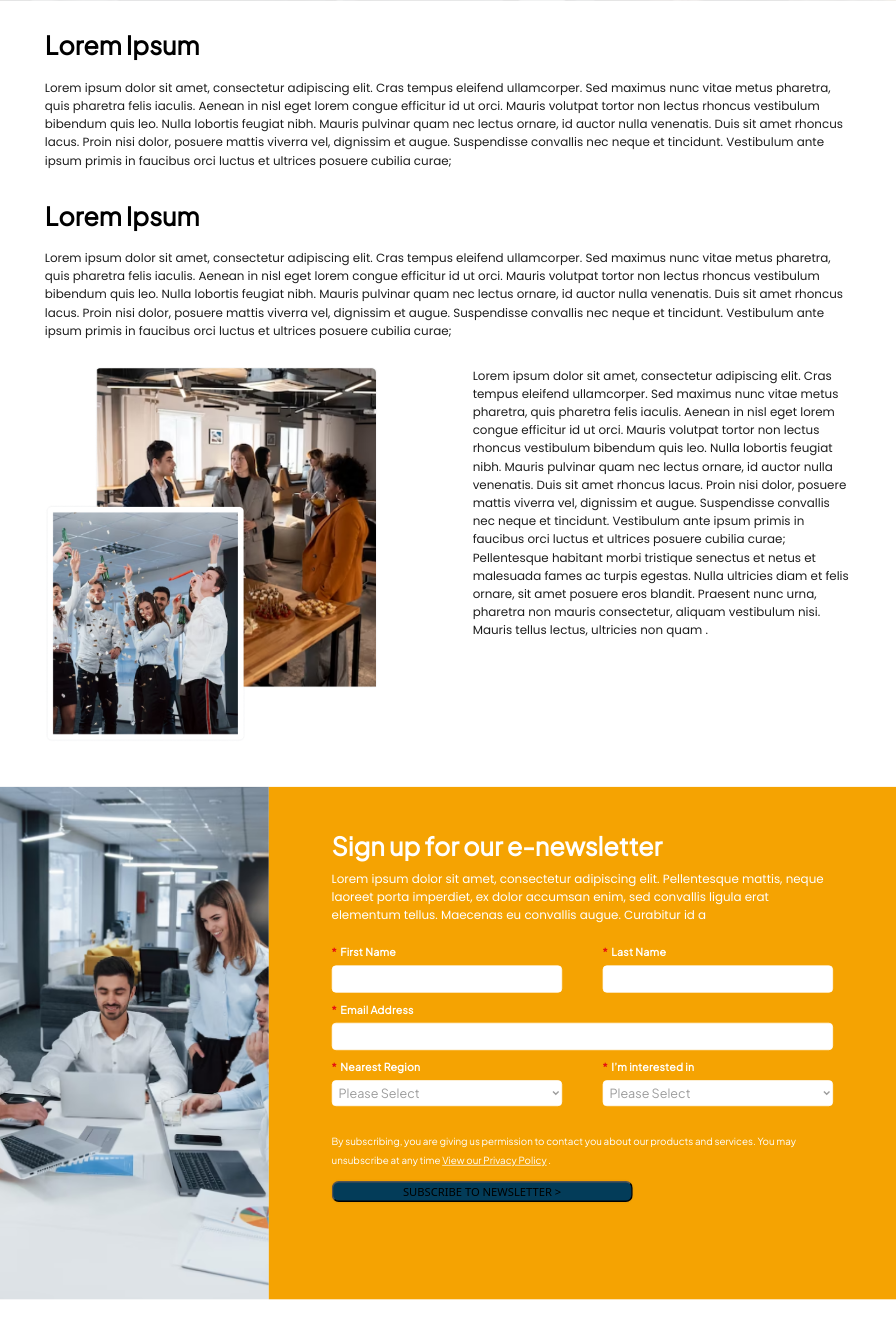
Repository: Akash8377/Hospitality-website
Page: /about-us
The author's editor kept a copy of each file at every save. The page is drawn from the files as they stood at one save, then again after the next save.
The browser window is 1280 px wide. The pictures show the part of the page from y = 683 to 2603 px (the page is 2603 px tall), at 70% of full size.
Some web libraries are served in a nearby version. The project was rebuilt for these pictures with package versions that can differ from the ones it lists, and the page was loaded fresh each time. Also part of the build but not shown: src/Component/Partial/heading-cont.js, src/Component/Shared/about-us.js, src/Component/Shared/Banner.js, src/Component/Shared/popular-jobs.js, src/Component/Sliders/ServiceSlider.js, src/Component/Sliders/ReviewSlider.js, src/Component/Partial/index-banner.js, src/Component/Partial/index-buisness-banner.js and 2 more.

Above is the page before, as saved 2023-07-07 12:18:45.

### public/index.html
<!-- @format -->

<!DOCTYPE html>
<html lang="en">
  <head>
    <meta charset="utf-8" />
    <link rel="icon" href="%PUBLIC_URL%/favicon.ico" />
    <meta name="viewport" content="width=device-width, initial-scale=1" />
    <meta name="theme-color" content="#000000" />
    <meta
      name="description"
      content="Web site created using create-react-app"
    />
    <link rel="apple-touch-icon" href="%PUBLIC_URL%/logo192.png" />
    <link rel="manifest" href="%PUBLIC_URL%/manifest.json" />

    <link rel="preconnect" href="https://fonts.googleapis.com" />
    <link rel="preconnect" href="https://fonts.gstatic.com" crossorigin />
    <link href="https://fonts.googleapis.com/css2?family=Plus+Jakarta+Sans&family=Poppins&display=swap" rel="stylesheet">
    <title>React App</title>
  </head>
  <body>
    <noscript>You need to enable JavaScript to run this app.</noscript>
    <div id="root"></div>
  </body>
  <script src="https://kit.fontawesome.com/b533b351e4.js" crossorigin="anonymous"></script>
</html>

### src/index.css
/** @format */

body {
  margin: 0;
  padding: 0;
  font-family: -apple-system, BlinkMacSystemFont, "Segoe UI", "Roboto", "Oxygen",
    "Ubuntu", "Cantarell", "Fira Sans", "Droid Sans", "Helvetica Neue",
    sans-serif;
  -webkit-font-smoothing: antialiased;
  -moz-osx-font-smoothing: grayscale;
}

code {
  font-family: source-code-pro, Menlo, Monaco, Consolas, "Courier New",
    monospace;
}

### src/App.js
import React from 'react'
import {  BrowserRouter  , Route , Routes } from 'react-router-dom'
import HomePage from './Pages/HomePage'



// Css
import './Css/Navbar.css'
import './Css/Lap.css'
import AboutUs from './Pages/AboutUs'
const App = () => {
  return (
    <>
      <BrowserRouter>
        <Routes>
            <Route path='/' element={<HomePage />} />
            <Route path='/about-us' element={<AboutUs />} />
        </Routes>
      </BrowserRouter>
    </>
  )
}

export default App

### src/Css/Navbar.css
/** @format */

.Navbar {
  display: flex;
  justify-content: space-evenly;
  box-shadow: 0px 10px 30px 0px rgba(0, 0, 0, 0.25);
  background-color: #033c59;
  padding: 20px;
  align-items: center;
}
.Navbar .main {
  width: 15%;
  text-align: center;
}
.Navbar .main a {
  text-decoration: none;
  color: #fff;
  font-size: 20px;
  font-family: Plus Jakarta Sans;
  font-style: normal;
  font-weight: 400;
  line-height: 24px;
  letter-spacing: 1px;
  margin: 0;
}

.Navbar .main img {
  display: block;
  margin: auto;
  max-width: 100%;
}
.Navbar .main div {
  border-radius: 24px;
  border: 1px solid #f3f4f6;
  background: #eee;
  padding: 8px;
  display: flex;
  justify-content: space-between;
  padding-left: 10px;
  padding-right: 10px;
}
.Navbar .main div input {
  border: none;
  background-color: transparent;
  outline: none;
  color: #6b7280;
  font-size: 14px;
  font-family: Plus Jakarta Sans;
  font-style: normal;
  font-weight: 400;
  line-height: normal;
  width: 80%;
}
.Navbar .main button {
  border-radius: 8px;
  background: #f5a302;
  width: 120px;
  padding: 10px;
  color: #fff;
  text-align: center;
  font-size: 16px;
  font-family: Plus Jakarta Sans;
  font-style: normal;
  font-weight: 800;
  line-height: normal;
  outline: none;
  border: 1px solid #f5a302;
}

.Navbar .main a:focus{
    font-weight: 700;
}

### src/Css/Lap.css
/** @format */

/* Home Page Banner */
.Banner {
  min-height: 600px;
  max-height: 800px;
  width: 100%;
  background-image: url("../../public/Image/1.png");
  background-size: cover;
  background-repeat: no-repeat;
  position: relative;
}
.Banner h2 {
  color: #fff;
  text-align: center;
  font-size: 60px;
  font-family: Plus Jakarta Sans;
  font-style: normal;
  font-weight: 700;
  line-height: 90px;
}
.Banner p {
  color: rgba(255, 255, 255, 0.7);
  text-align: center;
  font-size: 17px;
  font-family: Plus Jakarta Sans;
  font-style: normal;
  font-weight: 400;
  line-height: 28px;
}

.Banner .two_button {
  display: flex;
  justify-content: center;
  gap: 20px;
}
.Banner .two_button button {
  border-radius: 10px;
  background: #033c59;
  border: 1px solid #033c59;
  box-shadow: 0px 0px 3px 0px rgba(60, 72, 88, 0.15);
  width: 457px;
  color: #fff;
  height: 92px;
  color: #fff;
  font-size: 28px;
  font-family: Plus Jakarta Sans;
  font-style: normal;
  font-weight: 700;
  line-height: normal;
  display: flex;
  justify-content: center;
  align-items: center;
  gap: 20px;
}

.Banner .Bottom_Button {
  border-radius: 10px;
  background: #f5a302;
  box-shadow: 0px 0px 3px 0px rgba(60, 72, 88, 0.15);
  color: #fff;
  text-align: center;
  font-size: 28px;
  font-family: Plus Jakarta Sans;
  font-style: normal;
  font-weight: 700;
  border: 1px solid #f5a302;
  height: 92px;
  width: 666px;
  display: flex;
  justify-content: center;
  align-items: center;
  gap: 20px;
  margin: auto;
  margin-top: 20px;
}

.Banner .content {
  position: absolute;
  top: 50%;
  left: 50%;
  transform: translate(-50%, -50%);
}

/* -------------------------- */

/* Home Page About us Section */
.Three_Div {
  display: flex;
  justify-content: space-evenly;
  gap: 20px;
  flex-wrap: wrap;
  margin-top: 2%;
  padding: 20px;
}
.Three_Div .Item {
  width: 357.126px;
}
.Three_Div .Item .upper {
  width: 100%;
  height: 381.393px;
  position: relative;
  background-image: url("../../public/Image/2.png");
}
.Three_Div .Item .upper .head {
  color: #fff;
  text-align: center;
  font-size: 36px;
  font-family: Plus Jakarta Sans;
  font-style: normal;
  font-weight: 600;
  max-width: 100%;
  width: 100%;
  margin: auto;
  position: absolute;
  bottom: 30px;
  left: 50%;
  transform: translate(-50%);
}
.Three_Div .Item .desc {
  color: #1d1d1d;
  text-align: center;
  font-size: 14px;
  font-family: Poppins;
  font-style: normal;
  font-weight: 400;
  line-height: normal;
  margin-top: 20px;
}
.Three_Div .Item button {
  border-radius: 6px;
  border: 1px solid #f5a302;
  background: #fef6e6;
  padding: 5px 21.02px 5px 21px;
  display: block;
  margin: auto;
  color: #f5a302;
  text-align: center;
  font-size: 15px;
  font-family: Plus Jakarta Sans;
  font-style: normal;
  font-weight: 600;
  line-height: 28px;
  letter-spacing: 0.375px;
}

/* Home Page Heading Container*/
.Center_Heading {
  margin-top: 5%;
}
.Center_Heading h5 {
  color: #161c2d;
  text-align: center;
  font-size: 36px;
  font-family: Plus Jakarta Sans;
  font-style: normal;
  font-weight: 600;
  line-height: 39px;
}
.Center_Heading .desc {
  color: #1d1d1d;
  text-align: center;
  font-size: 14px;
  font-family: Poppins;
  font-style: normal;
  font-weight: 400;
  line-height: normal;
  max-width: 600px;
  margin: auto;
}

/* Home Page Popular Jobs */
.Popular_Jobs {
  padding: 20px;
}
.Popular_Jobs table {
  table-layout: fixed;
  width: 90%;
  margin: auto;
  text-align: center;
}
.Popular_Jobs table tbody td .flex-cont {
  display: flex;
  gap: 5px;
  justify-content: center;
  align-items: center;
}

.Popular_Jobs table tbody tr {
  margin-top: 30px 0 !important;
  border-radius: 4px;
  background: rgba(255, 255, 255, 0);
  box-shadow: 0px 0px 3px 0px rgba(60, 72, 88, 0.15);
  border: 1px solid rgba(255, 255, 255, 0);
}
.Popular_Jobs table tbody tr td {
  padding: 10px;
}
.Popular_Jobs table tbody td .flex-cont p {
  color: #161c2d;
  font-size: 17px;
  font-family: Plus Jakarta Sans;
  font-style: normal;
  font-weight: 600;
  line-height: 28px;
  margin: 0;
}
.Popular_Jobs table tbody td .flex-cont button {
  border-radius: 6px;
  border: 1px solid #005479;
  background: #005479;
  color: #fff;
  text-align: center;
  font-size: 15px;
  font-family: Plus Jakarta Sans;
  font-style: normal;
  font-weight: 600;
  line-height: 28px;
  letter-spacing: 0.375px;
}
.Popular_Jobs table tbody td .flex-cont i {
  color: #005479;
  width: 40px;
  height: 40px;
  border: 1px solid #005479;
  text-align: center;
  border-radius: 100%;
  background-color: rgba(3, 0, 129, 0.05);
  padding: 10px;
}
.Popular_Jobs table tbody td .flex-vertical-cont {
  display: flex;
  flex-direction: column;
}
.Popular_Jobs table tbody td .flex-vertical-cont p {
  margin: 0;
  color: #161c2d;
  font-size: 15px;
  font-family: Plus Jakarta Sans;
  font-style: normal;
  font-weight: 700;
  line-height: 28px;
}
.Popular_Jobs table tbody td .flex-vertical-cont select {
  border-radius: 6px;
  border: 1px solid #777;
  background: #eee;
  width: 164px;
  margin: auto;
  outline: none;
  color: #777;
  font-size: 14px;
  font-family: Plus Jakarta Sans;
  font-style: normal;
  font-weight: 400;
  line-height: 20px;
}
.Popular_Jobs table tbody td .flex-vertical-cont div {
  display: flex;
  gap: 5px;
  align-items: center;
  justify-content: center;
}
.Popular_Jobs table tbody td .flex-vertical-cont div p {
  color: #94a3b8;
  font-size: 15px;
  font-family: Plus Jakarta Sans;
  font-style: normal;
  font-weight: 400;
  line-height: 28px;
}
.Popular_Jobs table tbody td .flex-vertical-cont div i {
  color: #94a3b8;
}

/* Home Page Service Slider */
.Service_Slider_Container {
  position: relative;
  margin-top: 20px;
}
.Service_Slider_Container .Service_Slider .Main {
  width: 421px !important;
  height: 506px !important;
  position: relative;
  display: block !important;
  margin: auto;
}
.Service_Slider_Container .Service_Slider .Main img {
  position: absolute;
  top: 0;
  bottom: 0;
  left: 0;
  right: 0;
  z-index: -1;
}
.Service_Slider_Container .slick-arrow {
  display: none !important;
}

.Service_Slider_Container .Service_Slider .Main .head {
  color: #fff;
  text-align: center;
  font-size: 36px;
  font-family: Plus Jakarta Sans;
  font-style: normal;
  font-weight: 600;
  line-height: 28px;
  position: absolute;
  top: 50%;
  left: 50%;
  transform: translate(-50%, -50%);
  width: 100%;
}
.Service_Slider_Container .Service_Slider .Main button {
  display: flex;
  gap: 10px;
  align-items: center;
  border-radius: 6px;
  border: 1px solid #fff;
  background: #fff;
  width: 148.49px;
  height: 37.865px;
  color: #000;
  text-align: center;
  font-size: 15px;
  font-family: Plus Jakarta Sans;
  font-style: normal;
  font-weight: 600;
  line-height: 28px;
  letter-spacing: 0.375px;
  position: absolute;
  top: 70%;
  left: 50%;
  transform: translate(-50%, -50%);
  text-align: center;
  justify-content: center;
}

/* Home Page Review Slider */
.Review_Slider_Container {
  position: relative;
  margin-top: 30px;
  margin-bottom: 20px;
}
.Review_Slider_Container .Review_Slider .Main {
  width: 357px !important;
  height: 466px !important;
  position: relative;
  display: block !important;
  margin: auto;
  background: #fff;
  box-shadow: 0px 20px 40px 10px rgba(159, 159, 159, 0.15),
    0px -10px 50px 0px rgba(0, 0, 0, 0.1);
  padding: 20px;
}

.Review_Slider_Container .slick-arrow {
  display: none !important;
}
.Review_Slider_Container .Review_Slider .Main .User_Profile {
  display: flex;
  justify-content: space-between;
  max-width: 90%;
  gap: 10px;
  align-items: center;
}

.Review_Slider_Container .Review_Slider .Main .User_Profile img {
  width: 73px;
  height: 73px;
  border-radius: 100%;
}
.Review_Slider_Container .Review_Slider .Main .User_Profile p {
  margin: 0;
}

.Review_Slider_Container .Review_Slider .Main .User_Profile div .head {
  color: #000;
  font-size: 22px;
  font-family: Plus Jakarta Sans;
  font-style: normal;
  font-weight: 700;
  line-height: 39px;
}
.Review_Slider_Container .Review_Slider .Main .User_Profile div .desc {
  color: #9c9c9c;
  font-size: 15px;
  font-family: Plus Jakarta Sans;
  font-style: normal;
  font-weight: 700;
  line-height: 39px;
}

.Review_Slider_Container .Review_Slider .Main .Reviews {
  display: flex;
  align-items: center;
  justify-content: space-between;
  margin-top: 10px;
}
.Review_Slider_Container .Review_Slider .Main .Reviews div {
  display: flex;
  gap: 5px;
}
.Review_Slider_Container .Review_Slider .Main .Reviews div i {
  color: #ffc107;
  font-size: 23px;
}

.Review_Slider_Container .Review_Slider .Main .Reviews p {
  margin: 0;
  color: #9c9c9c;
  font-size: 15px;
  font-family: Plus Jakarta Sans;
  font-style: normal;
  font-weight: 700;
  line-height: 39px;
}
.Review_Slider_Container .Review_Slider .Main .content {
  text-align: left;
  margin-top: 10px;
}
.Review_Slider_Container .Review_Slider .Main .content p {
  color: #000;
  font-size: 17px;
  font-family: Plus Jakarta Sans;
  font-style: normal;
  font-weight: 400;
  line-height: 28px;
}

/* Index Two Sec Banner */
.Index_Banner_Two_Sec {
  display: flex;
  width: 90%;
  margin: auto;
  align-items: stretch;
  margin-top: 2%;
  justify-content: center;
  height: 550px;
  max-width: 1200px;
  margin-bottom: 20px;
}
.Index_Banner_Two_Sec .left {
  width: 30%;
  display: flex;
  justify-content: flex-end;
}
.Index_Banner_Two_Sec .left img {
  width: auto;
  max-height: 100%;
}

.Index_Banner_Two_Sec .right {
  width: 70%;
  background-color: #f5a302;
  position: relative;
}
.Index_Banner_Two_Sec .right .content {
  position: absolute;
  top: 50%;
  left: 50%;
  transform: translate(-50%, -50%);
  width: 90%;
  margin: auto;
}
.Index_Banner_Two_Sec .right .content h5 {
  color: #fff;
  font-family: Plus Jakarta Sans;
  font-size: 36px;
  font-style: normal;
  font-weight: 600;
  line-height: 54px;
}
.Index_Banner_Two_Sec .right .content p {
  color: #fff;
  font-family: Plus Jakarta Sans;
  font-size: 17px;
  font-style: normal;
  line-height: 28px;
}
.Index_Banner_Two_Sec .right .content ul {
  list-style: none;
  padding-left: 0;
}
.Index_Banner_Two_Sec .right .content ul li {
  display: flex;
  gap: 10px;
  align-items: center;
}
.Index_Banner_Two_Sec .right .content ul li span {
  color: #fff;
  font-family: Plus Jakarta Sans;
  font-size: 15px;
  font-style: normal;
  font-weight: 400;
  line-height: 28px;
}

/* Index Buisness Banner */
.Index_Buisness_Banner {
  display: flex;
  justify-content: space-evenly;
  width: 90%;
  margin: auto;
  margin-top: 5%;
}
.Index_Buisness_Banner .left {
  width: 50%;
  padding: 20px;
}
.Index_Buisness_Banner .left h5 {
  color: #161c2d;
  font-family: Plus Jakarta Sans;
  font-size: 36px;
  font-style: normal;
  font-weight: 600;
  line-height: 39px;
}
.Index_Buisness_Banner .left p {
  color: #1d1d1d;
  font-family: Poppins;
  font-size: 14px;
  font-style: normal;
  font-weight: 400;
  line-height: normal;
  max-width: 60%;
}
.Index_Buisness_Banner .left .Two_Sec {
  display: flex;
  justify-content: space-between;
  flex-wrap: wrap;
}

.Index_Buisness_Banner .left .Two_Sec .Main {
  width: 49%;
  border-radius: 4px;
  background: #f8fafc;
  box-shadow: 0px 0px 3px 0px rgba(60, 72, 88, 0.15);
  padding: 20px;
  display: flex;
  align-items: flex-start;
  gap: 10px;
  margin-top: 20px;
}
.Index_Buisness_Banner .left .Two_Sec .Main div {
  display: flex;
  flex-direction: column;
  width: 60%;
}
.Index_Buisness_Banner .left .Two_Sec .Main div h6 {
  color: #161c2d;
  font-family: Plus Jakarta Sans;
  font-size: 16px;
  font-style: normal;
  font-weight: 600;
  line-height: 28px;
}

.Index_Buisness_Banner .left .Two_Sec .Main div p {
  color: #005479;
  font-family: Plus Jakarta Sans;
  font-size: 14px;
  font-style: normal;
  font-weight: 400;
  line-height: 20px;
  width: 100%;
}
.Index_Buisness_Banner .left .Last_Text {
  display: flex;
  gap: 10px;
  color: #94a3b8;
  text-align: center;
  font-family: Plus Jakarta Sans;
  font-size: 15px;
  font-style: normal;
  font-weight: 600;
  line-height: 28px;
  letter-spacing: 0.375px;
  align-items: center;

  margin: 0;
  margin-top: 10px;
}
.Index_Buisness_Banner .right {
  width: 30%;
}
.Index_Buisness_Banner .right img {
  max-width: 100%;
  display: block;
  margin: auto;
}

/* Footer  */
.Footer {
  background: #f5a302;
  margin-top: 5%;
  padding-bottom: 50px;
}
.Footer .Upper_Div {
  display: flex;
  width: 90%;
  margin: auto;
  justify-content: space-between;
  padding-top: 2%;
  align-items: center;
}
.Footer .Upper_Div div {
  width: 15%;
}
.Footer .Upper_Div div p {
  margin: 0;
  color: #fff;
  font-family: Plus Jakarta Sans;
  font-size: 20px;
  font-style: normal;
  font-weight: 800;
  line-height: normal;
}
.Footer .Upper_Div div button {
  color: #fff;
  text-align: center;
  font-family: Plus Jakarta Sans;
  font-size: 16px;
  font-style: normal;
  font-weight: 800;
  border-radius: 8px;
  background: #005479;
  border: 1px solid #005479;
  width: 100%;
  padding: 10px;
  line-height: normal;
}

.Footer .Down_Div {
  display: flex;
  justify-content: space-between;
  width: 90%;
  margin: auto;
  margin-top: 40px;
}

.Footer .Down_Div .left h5 {
  color: #fff;
  font-family: Plus Jakarta Sans;
  font-size: 26px;
  font-style: normal;
  font-weight: 700;
  line-height: 39px;
}
.Footer .Down_Div .left .two_sec {
  display: flex;
  align-items: center;
  gap: 10px;
  margin-top: 30px;
}
.Footer .Down_Div .left .two_sec p {
  margin: 0;
  color: #fff;
  font-family: Plus Jakarta Sans;
  font-size: 17px;
  font-style: normal;
  font-weight: 500;
  line-height: normal;
}
.Footer .Down_Div .left .two_sec i {
  color: #fff;
  font-size: 20px;
}

.Footer .Down_Div .left .copyRight {
  color: #fff;
  font-family: Plus Jakarta Sans;
  font-size: 20px;
  margin-top: 40px;
  font-style: normal;
  font-weight: 500;
  line-height: normal;
}

/* About Us Page */
.AboutUs {
  min-height: 600px;
  max-height: 800px;
  width: 100%;
  background-image: url("../../public/Image/11.png");
  background-size: cover;
  background-repeat: no-repeat;
  position: relative;
}
.AboutUs h2 {
  color: #fff;
  text-align: center;
  font-size: 36px;
  font-family: Plus Jakarta Sans;
  font-style: normal;
  font-weight: 700;
  line-height: 90px;
}
.AboutUs p {
  color: rgba(255, 255, 255, 0.7);
  text-align: center;
  font-size: 14px;
  font-family: Plus Jakarta Sans;
  font-style: normal;
  font-weight: 400;
  line-height: 28px;
}

.AboutUs .content {
  position: absolute;
  top: 60%;
  left: 50%;
  transform: translate(-50%, -50%);
}

.About_Us-Content {
  width: 90%;
  margin: auto;
  margin-top: 3%;
}
.About_Us-Content h5 {
  color: #000;
  font-family: Plus Jakarta Sans;
  font-size: 36px;
  font-style: normal;
  font-weight: 600;
  line-height: 54px;
}
.About_Us-Content p {
  color: #1d1d1d;
  font-family: Poppins;
  font-size: 17px;
  font-style: normal;
  font-weight: 400;
  line-height: normal;
  margin-top: 20px;
}

.About_Us-two_Sec {
  display: flex;
  width: 90%;
  margin: auto;
  justify-content: space-between;
  margin-top: 3%;
}
.About_Us-two_Sec .right {
  width: 70%;
  text-align: left;
  display: flex;
  justify-content: flex-end;
}
.About_Us-two_Sec .right p {
  max-width: 80%;
  color: #1d1d1d;
  font-family: Poppins;
  font-size: 17px;
  font-style: normal;
  font-weight: 400;
  line-height: normal;
}

.About-Us_Newsletter {
  display: flex;
  align-items: stretch;
  max-height: 900px;
  margin-top: 5%;
  margin-bottom: 5%;
}
.About-Us_Newsletter .left {
  width: 30%;
}
.About-Us_Newsletter .left img {
  height: 100%;
  width: 100%;
}

.About-Us_Newsletter .right {
  background: #f5a302;
  width: 70%;
  padding-top: 5%;
}
.About-Us_Newsletter .right .content {
  width: 80%;
  margin: auto;
}
.About-Us_Newsletter .right .content h5 {
  color: #fff;
  font-family: Plus Jakarta Sans;
  font-size: 36px;
  font-style: normal;
  font-weight: 700;
  line-height: 39px;
}
.About-Us_Newsletter .right .content .desc {
  color: #fff;
  font-family: Poppins;
  font-size: 17px;
  font-style: normal;
  font-weight: 400;
  line-height: normal;
  margin-top: 2%;
}
.About-Us_Newsletter .right .content form {
  margin-top: 2%;
}
.About-Us_Newsletter .right .content form .Two_Inputs {
  display: flex;
  gap: 20px;
  justify-content: space-between;
  align-items: center;
}
.About-Us_Newsletter .right .content form .Two_Inputs div {
  width: 46%;
  display: flex;
  flex-direction: column;
  gap: 5px;
  margin-top: 10px;
}
.About-Us_Newsletter .right .content form .Two_Inputs div label {
  color: #fff;
  font-family: Plus Jakarta Sans;
  font-size: 15px;
  font-style: normal;
  font-weight: 700;
  line-height: 28px;
  letter-spacing: 0.375px;
  display: flex;
  gap: 5px;
}
.About-Us_Newsletter .right .content form .Two_Inputs div label span {
  color: #e51111;
}
.About-Us_Newsletter .right .content form .Two_Inputs div input {
  border-radius: 6px;
  border: 1px solid #fff;
  background: #fff;
  width: 100%;
  padding: 5px;
  outline: none;
  font-family: Plus Jakarta Sans;
  font-size: 18px;
  font-style: normal;
}
.About-Us_Newsletter .right .content form .Single_Input {
  margin-top: 10px;
}
.About-Us_Newsletter .right .content form .Single_Input div {
  width: 100%;
  display: flex;
  flex-direction: column;
  gap: 5px;
}
.About-Us_Newsletter .right .content form .Single_Input div label {
  color: #fff;
  font-family: Plus Jakarta Sans;
  font-size: 15px;
  font-style: normal;
  font-weight: 700;
  line-height: 28px;
  letter-spacing: 0.375px;
  display: flex;
  gap: 5px;
}
.About-Us_Newsletter .right .content form .Single_Input div input {
  border-radius: 6px;
  border: 1px solid #fff;
  background: #fff;
  width: 100%;
  padding: 5px;
  outline: none;
  font-family: Plus Jakarta Sans;
  font-size: 18px;
  font-style: normal;
}
.About-Us_Newsletter .right .content form .Single_Input div label span {
  color: #e51111;
}
.About-Us_Newsletter .right .content form .Two_Inputs div select {
  border-radius: 6px;
  border: 1px solid #fff;
  background: #fff;
  width: 100%;
  padding: 5px;
  outline: none;
  font-family: Plus Jakarta Sans;
  font-size: 18px;
  font-style: normal;
  color: #9c9c9c;
}

.About-Us_Newsletter .right .content .Policy {
  color: #fff;
  font-family: Plus Jakarta Sans;
  font-size: 14px;
  font-style: normal;
  font-weight: 400;
  line-height: 28px;
  margin-top: 5%;
}
.About-Us_Newsletter .right .content .Policy span {
  text-decoration: underline;
}
.About-Us_Newsletter .right .content .NewsLetter_Button{
  border-radius: 10px;
background: #033C59;
box-shadow: 0px 0px 3px 0px rgba(60, 72, 88, 0.15);
width: 60%;
}

### src/Pages/AboutUs.js
/** @format */

import React from "react";
import Navbar from "../Component/Navbar/Navbar";
import Banner from "../Component/Partial/About Us Component/Banner";
import ContentDescription from "../Component/Partial/About Us Component/content-description";
import Newsletter from "../Component/Partial/About Us Component/Newsletter";
import TwoSection from "../Component/Partial/About Us Component/two-section";

const AboutUs = () => {
  return (
    <>
      <Navbar />
      <Banner />
      <ContentDescription />
      <ContentDescription />
      <TwoSection />
      <Newsletter />
    </>
  );
};

export default AboutUs;

Loaded but not shown: src/index.js (common file); src/Component/Partial/About Us Component/Newsletter.js (77 lines, source omitted); src/Component/Partial/About Us Component/two-section.js (33 lines, source omitted); src/Component/Partial/About Us Component/Banner.js (18 lines, source omitted); src/Component/Navbar/Navbar.js (45 lines, source omitted); src/Component/Partial/About Us Component/content-description.js (12 lines, source omitted)

After the next save:
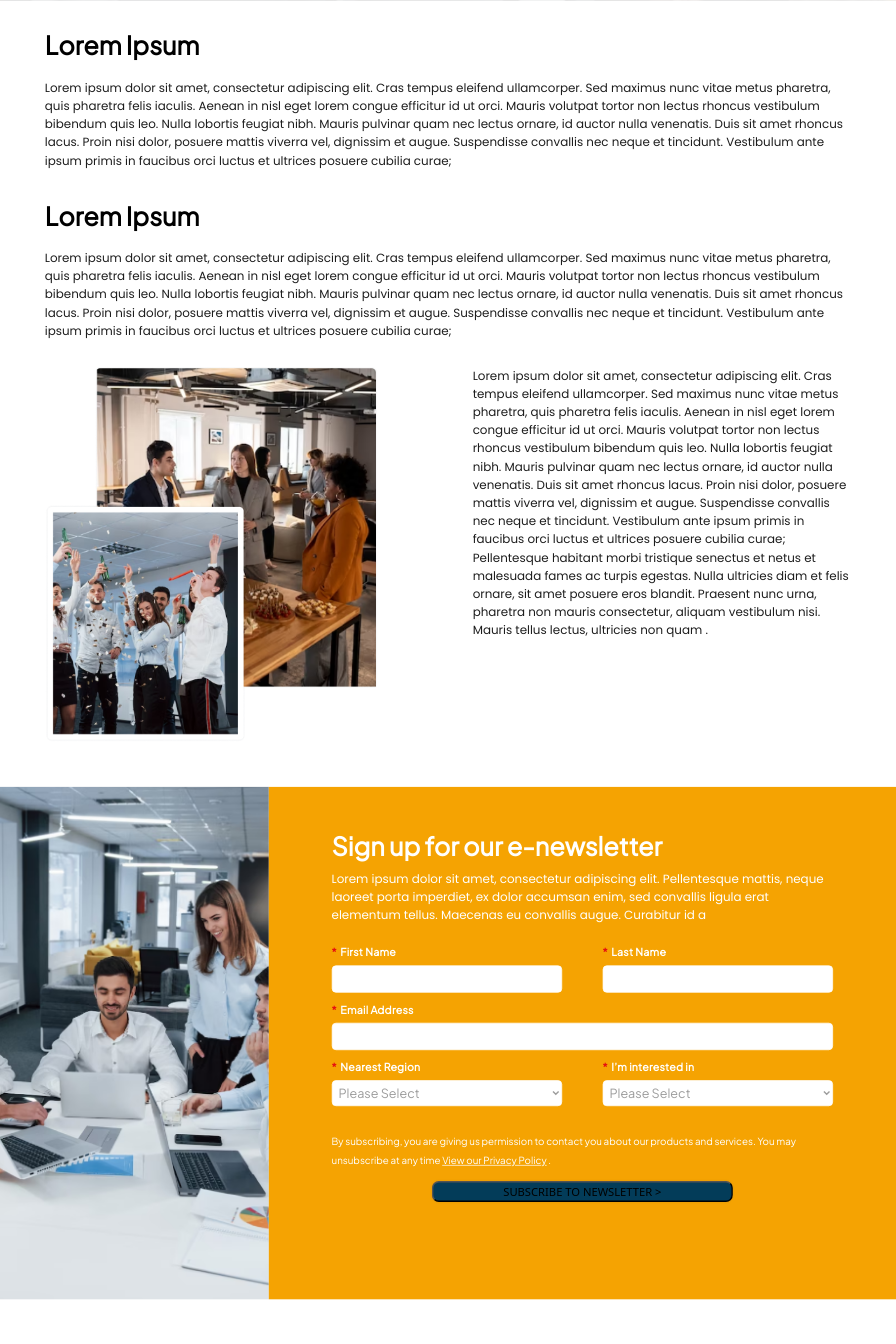
Saved 6 s later.
--- a/src/Css/Lap.css
+++ b/src/Css/Lap.css
@@ -905,4 +905,6 @@
 background: #033C59;
 box-shadow: 0px 0px 3px 0px rgba(60, 72, 88, 0.15);
 width: 60%;
-}
+display: block;
+margin: auto;
+}
